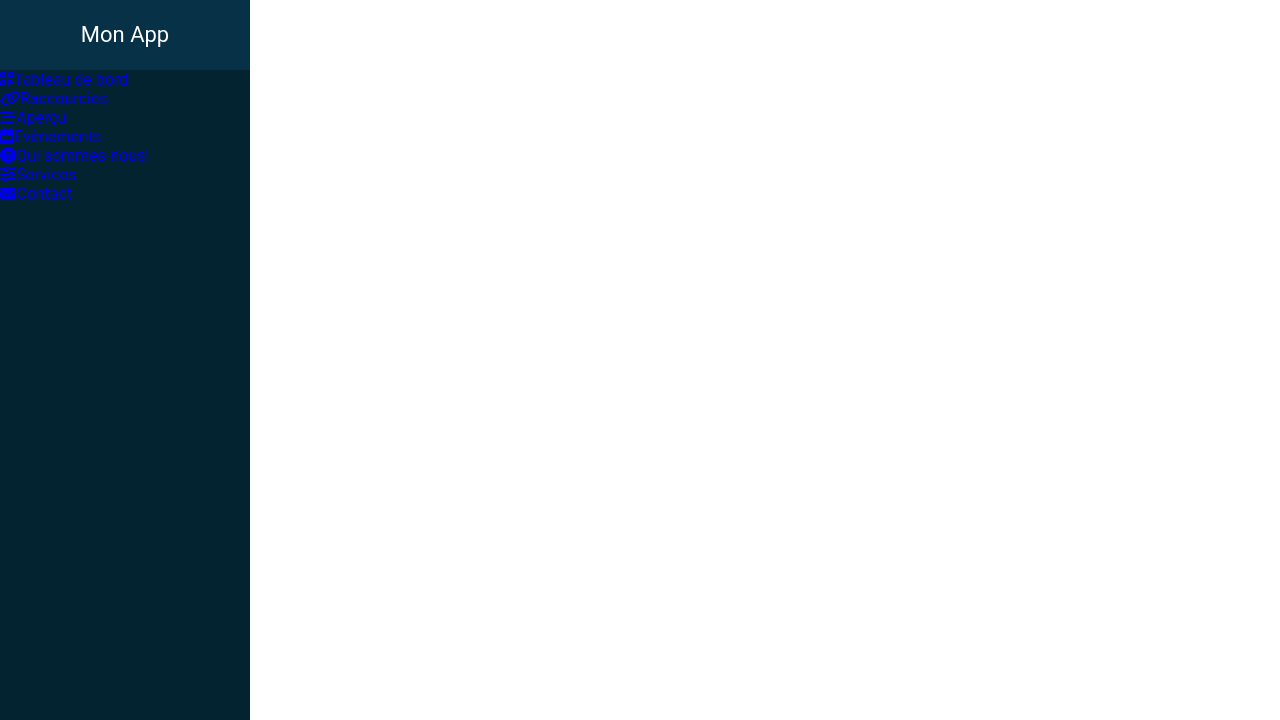
Repository: Alex-Serky/Dossier-Nav
Page: Nav-Sidebar/index.html
The author's editor kept a copy of each file at every save. The page is drawn from the files as they stood at one save, then again after the next save.
The browser window is 1280 px wide. The pictures show the whole page.
Some web libraries are served in a nearby version.

Above is the page before, as saved 2020-02-21 09:23:08.

### Nav-Sidebar/index.html
<!DOCTYPE html>
<html lang="en">

<head>
    <meta charset="UTF-8">
    <meta name="viewport" content="width=device-width, initial-scale=1.0">
    <meta http-equiv="X-UA-Compatible" content="ie=edge">
    <link rel="stylesheet" href="style.css">
    <script src="https://kit.fontawesome.com/a076d05399.js"></script>
    <title>Menu design</title>
</head>

<body>
    <div class="sidebar">
        <header>Mon App</header>
        <ul>
            <li><a href="#"><i class="fas fa-qrcode"></i>Tableau de bord</a></li>
            <li><a href="#"><i class="fas fa-link"></i>Raccourcies</a></li>
            <li><a href="#"><i class="fas fa-stream"></i>Aperçu</a></li>
            <li><a href="#"><i class="fas fa-calendar-week"></i>Evènements</a></li>
            <li><a href="#"><i class="fas fa-question-circle"></i>Qui sommes-nous!</a></li>
            <li><a href="#"><i class="fas fa-sliders-h"></i>Services</a></li>
            <li><a href="#"><i class="fas fa-envelope"></i>Contact</a></li>
        </ul>
    </div>
</body>

</html>

### Nav-Sidebar/style.css
@import url('https://fonts.googleapis.com/');

body {
  font-family: 'Roboto', sans-serif;
}

* {
  margin: 0;
  padding: 0%;
  list-style: none;
  text-decoration: none;
}

.sidebar {
  position: fixed;
  left: 0;
  width: 250px;
  height: 100%;
  background: #042331;
}

.sidebar header {
  font-size: 22px;
  color: white;
  text-align: center;
  line-height: 70px;
  background: #063146;
  user-select: none;
}

.sidebar ul a {
  display: block;
  height: 100%;
  width: 100%;
}

After the next save:
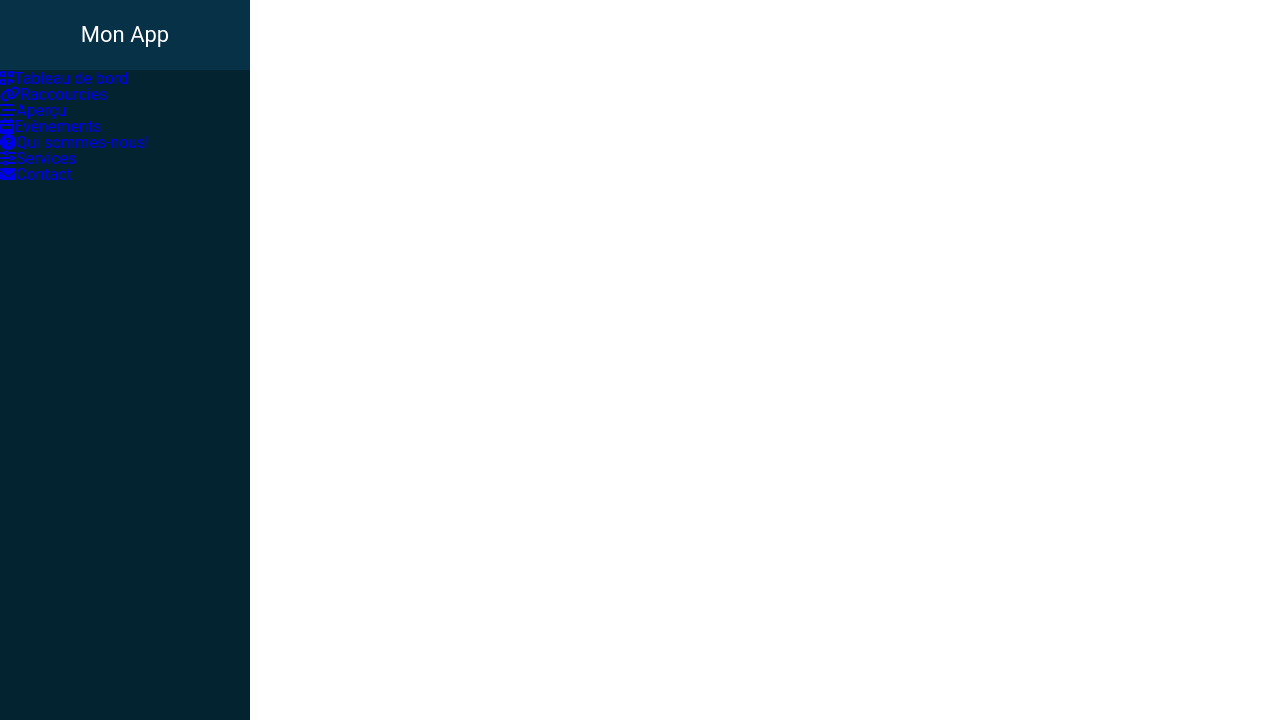
Saved 30 s later.
--- a/Nav-Sidebar/style.css
+++ b/Nav-Sidebar/style.css
@@ -32,4 +32,5 @@ body {
   display: block;
   height: 100%;
   width: 100%;
+  line-height: 65%;
 }
